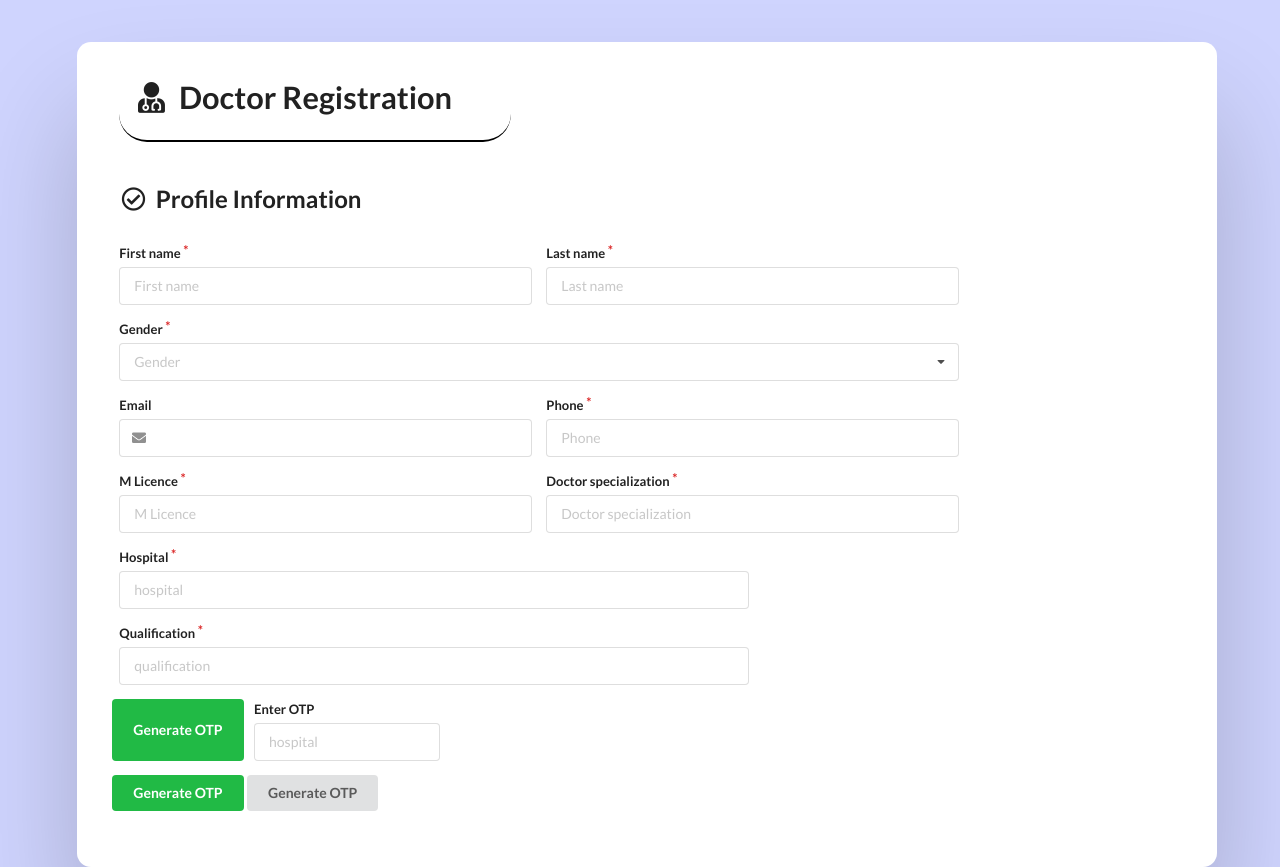
Repository: ajayaj2001/healthcare-digitization
Page: /doctorRegister
These files come from the project's save history. The page is drawn as it stood at one moment and after the next save; the edit follows.
The browser window is 1280 px wide. The pictures show the whole page.
The project was rebuilt for these pictures with package versions that can differ from the ones it lists, and the page was loaded fresh each time. Also part of the build but not shown: src/component/userType/UserType.scss, src/component/userType/UserType.js, src/component/login/Login.scss, src/component/login/loginForm/LoginForm.scss, src/component/login/loginForm/LoginForm.js, src/component/login/Login.js, src/component/register/Register.scss, src/component/register/registerForm/RegisterForm.scss and 2 more.

Above is the page before, as saved 2021-03-13 13:39:05.

### public/index.html
<!DOCTYPE html>
<html lang="en">

<head>
  <meta charset="utf-8" />
  <meta name="viewport" content="width=device-width, initial-scale=1" />
  <meta name="theme-color" content="#000000" />
  <meta name="description" content="Web site created using create-react-app" />
  <link rel="stylesheet" href="https://fonts.googleapis.com/css?family=Roboto:300,400,500,700&display=swap" />
  <link rel="stylesheet" href="https://fonts.googleapis.com/icon?family=Material+Icons" />

  <!--
      manifest.json provides metadata used when your web app is installed on a
      user's mobile device or desktop. See https://developers.google.com/web/fundamentals/web-app-manifest/
    -->
  <!-- <link rel="manifest" href="%PUBLIC_URL%/manifest.json" /> -->
  <!--
      Notice the use of %PUBLIC_URL% in the tags above.
      It will be replaced with the URL of the `public` folder during the build.
      Only files inside the `public` folder can be referenced from the HTML.

      Unlike "/favicon.ico" or "favicon.ico", "%PUBLIC_URL%/favicon.ico" will
      work correctly both with client-side routing and a non-root public URL.
      Learn how to configure a non-root public URL by running `npm run build`.
    -->
  <title>medical</title>
</head>

<body>
  <noscript>You need to enable JavaScript to run this app.</noscript>
  <div id="root"></div>
  <!--
      This HTML file is a template.
      If you open it directly in the browser, you will see an empty page.

      You can add webfonts, meta tags, or analytics to this file.
      The build step will place the bundled scripts into the <body> tag.

      To begin the development, run `npm start` or `yarn start`.
      To create a production bundle, use `npm run build` or `yarn build`.
    -->
</body>

</html>

### src/index.js
import React from 'react';
import ReactDOM from 'react-dom';
import './index.scss';
import App from './component/app/App';
import 'semantic-ui-css/semantic.min.css'


ReactDOM.render(
  // <React.StrictMode>
    <App />
  // </React.StrictMode>
  ,
  document.getElementById('root')
);

### src/index.scss
code {
  font-family: source-code-pro, Menlo, Monaco, Consolas, "Courier New", monospace;
}
@mixin respond($breakpoint) {
  @if $breakpoint == phone {
    @media (max-width: 37.5em) {
      @content;
    }
  }

  @if $breakpoint == tab-land {
    @media (max-width: 75em) {
      @content;
    }
  }
  @if $breakpoint == tab-port {
    @media (max-width: 56.25em) {
      @content;
    }
  }
  @if $breakpoint == big-desktop {
    @media (min-width: 112.5em) {
      @content;
    }
  }
}

*,
*::after,
*::before {
  margin: 0;
  padding: 0;
  box-sizing: inherit;
}
body {
  font-family: "Lato", sans-serif;
  font-weight: 400;
  font-size: 16px;
  line-height: 1.7;
  color: #777;
  //padding: 30px;
  box-sizing: border-box;
  @include respond(tab-port) {
    padding: 0;
  }
}

html {
  font-size: 62.5%; //1rem=10px 10px/16px=62.5%
  @include respond(tab-land) {
    //width <1200
    font-size: 56.25%; //1rem=9px
  }
  @include respond(tab-port) {
    //<width <900
    font-size: 50%; //1rem=8px
  }
  // @include respond(phone) {
  //     //<width<600
  //     font-size: 40%; //1rem=4.8px
  // }
  @include respond(big-desktop) {
    //>1200
    font-size: 75%; //1rem=12
  }
}

### src/component/app/App.js
import './App.scss';

import UserType from "../userType/UserType";
import Login from '../login/Login';
import Register from '../register/Register';
import { BrowserRouter as Router,Route,Switch } from 'react-router-dom';
import DoctorRegister from '../doctorRegister/DoctorRegister';

function App() {
  return (
    <Router>
       <Switch>
          <Route path="/login">
           <Login/>
          </Route>
          <Route path="/register">
           <Register/>
          </Route>
          <Route path="/doctorRegister">
            <DoctorRegister/>
          </Route>
          <Route path="/">
            <UserType/>
          </Route>

        </Switch>
    {/* <div className="App">
    </div> */}
    </Router>
  );
}

export default App;

### src/component/doctorRegister/DoctorRegister.js
import React from 'react'
import './DoctorRegister.scss'
import DoctorRegisterForm from './doctorRegisterForm/DoctorRegisterForm'
import {  Icon } from 'semantic-ui-react'

const DoctorRegister = () => {
    return (
        <div className="doctorRegister__container">
            <div className="doctorRegister__main">
                <h1 className="doctorRegister__heading"><Icon name="user doctor"/> Doctor Registration</h1>
                <div className="doctorRegister__subheading"><h2><Icon name="check circle outline"/> Profile Information</h2></div>
                <DoctorRegisterForm/>
            </div>
        </div>
    )
}

export default DoctorRegister

### src/component/doctorRegister/DoctorRegister.scss
.doctorRegister{
    &__container{
        margin: 0;
        background-color: #cfd4fe;
        height: 100%;
        display: flex;
        justify-content: center;
        align-items: center;
        padding: 3rem 0rem 0rem 1rem;
    }
    &__main{
        background-color: white;
        width: 90%;
        height: 100%;
        border-radius: 1rem;
        align-items: center;
        overflow: hidden;
        box-shadow: 0 5rem 8rem rgba(black, 0.2);
        padding: 1rem 3rem 3rem 3rem;
    }
   &__heading{
       font-size: 2.2rem;
       margin: 0rem 0rem 3rem 0rem;
       padding-left: 1rem;
       line-height: 6rem;
       border-bottom: .2rem solid black;
       width: 28rem;
       border-radius: 2rem;

   }
   &__subheading{
       margin-bottom: 2rem;
   }
}

### src/component/doctorRegister/doctorRegisterForm/DoctorRegisterForm.js
import React from 'react'
import { Icon ,Form,Button} from 'semantic-ui-react'
import './DoctorRegisterForm.scss'

const options = [
    { key: 'm', text: 'Male', value: 'male' },
    { key: 'f', text: 'Female', value: 'female' },
    { key: 'o', text: 'Other', value: 'other' },
  ]

const DoctorRegisterForm = () => {

const generateOtp=(event)=>{
    console.log(event);
}


    return (
        <div className="doctorRegisterForm">
            <Form>
    <Form.Group widths='equal'>

      <Form.Input
      fluid label='First name'
      placeholder='First name'
      required
      />
      <Form.Input
      fluid label='Last name'
      placeholder='Last name'
       required
       />

    </Form.Group>
    <Form.Select label="Gender" options={options} placeholder='Gender'  required/>
    <Form.Group widths='equal'>
      <Form.Input
                        fluid
                        id='form-subcomponent-shorthand-input-last-name'
                        label='Email'
                        icon="mail"
                        iconPosition="left"
                        type="email"
                        // onChange={(event) => setEmail(event.target.value)}
                        // value={email}
                    />
      <Form.Input label='Phone' placeholder='Phone' required/>
    </Form.Group>
    <Form.Group widths='equal'>

      <Form.Input
      fluid label='M Licence'
      placeholder='M Licence'
      required
      />
      <Form.Input
      fluid label='Doctor specialization'
      placeholder='Doctor specialization'
       required
       />

    </Form.Group>
    <Form.Input label='Hospital' placeholder='hospital' required  width={12}/>
    <Form.Input label='Qualification' placeholder='qualification' required width={12}/>
    <Form.Group>
    <Button positive onClick={event=>generateOtp(event)}>Generate OTP</Button>
    <Form.Input label='Enter OTP' placeholder='hospital'   />
    </Form.Group>
    <Form.Group>
    <Button positive >Generate OTP</Button>
    <Button type="submit" >Generate OTP</Button>
    </Form.Group>
  </Form>
        </div>
    )
}

export default DoctorRegisterForm

### src/component/doctorRegister/doctorRegisterForm/DoctorRegisterForm.scss
.doctorRegisterForm{
    &__heading{
        font-size: 1rem;
    }
}

.ui.form{
    width: 60rem;
}

Loaded but not shown: src/component/app/App.scss (no stored copy; drawn as an empty file)

After the next save:
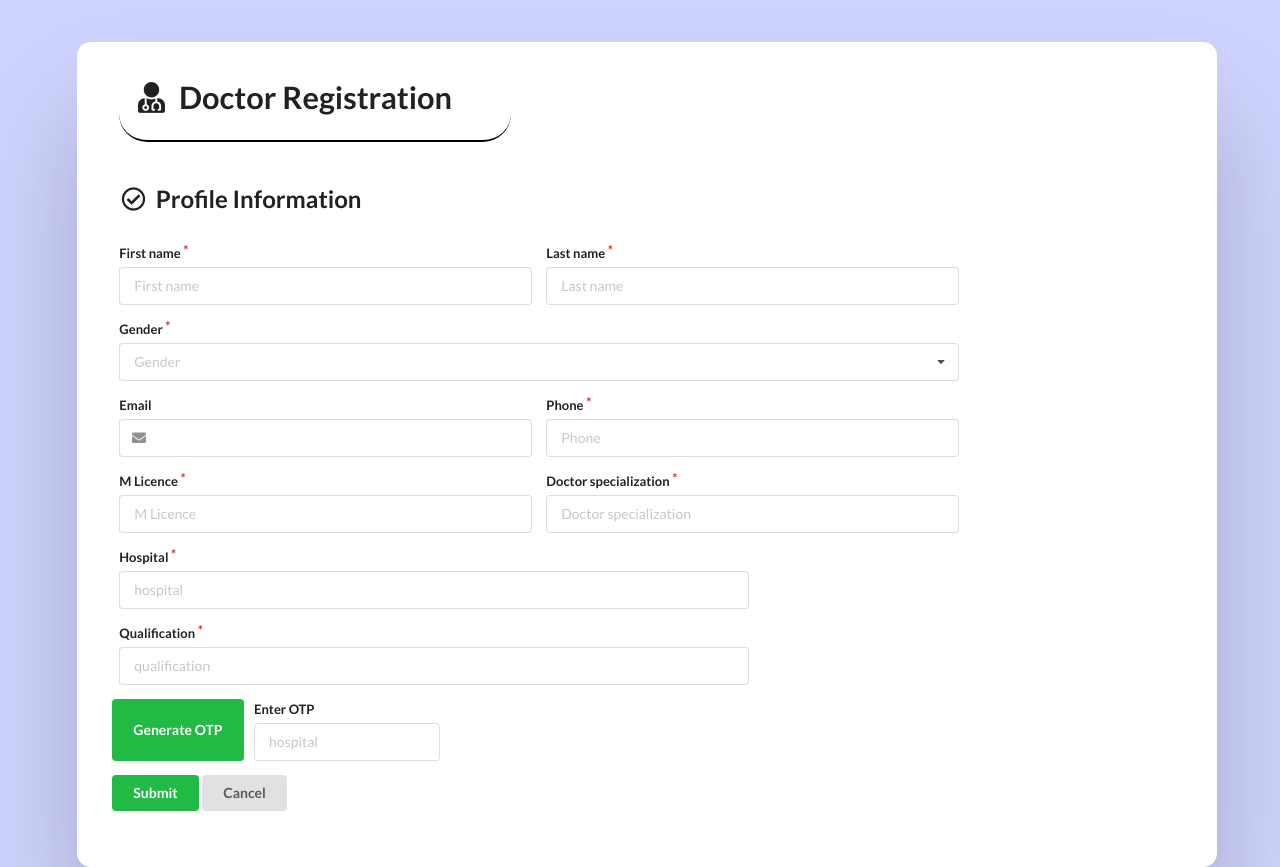
Saved 34 s later.
--- a/src/component/doctorRegister/doctorRegisterForm/DoctorRegisterForm.js
+++ b/src/component/doctorRegister/doctorRegisterForm/DoctorRegisterForm.js
@@ -67,8 +67,8 @@ const generateOtp=(event)=>{
     <Form.Input label='Enter OTP' placeholder='hospital'   />
     </Form.Group>
     <Form.Group>
-    <Button positive >Generate OTP</Button>
-    <Button type="submit" >Generate OTP</Button>
+    <Button positive >Submit</Button>
+    <Button type="submit" >Cancel</Button>
     </Form.Group>
   </Form>
         </div>
